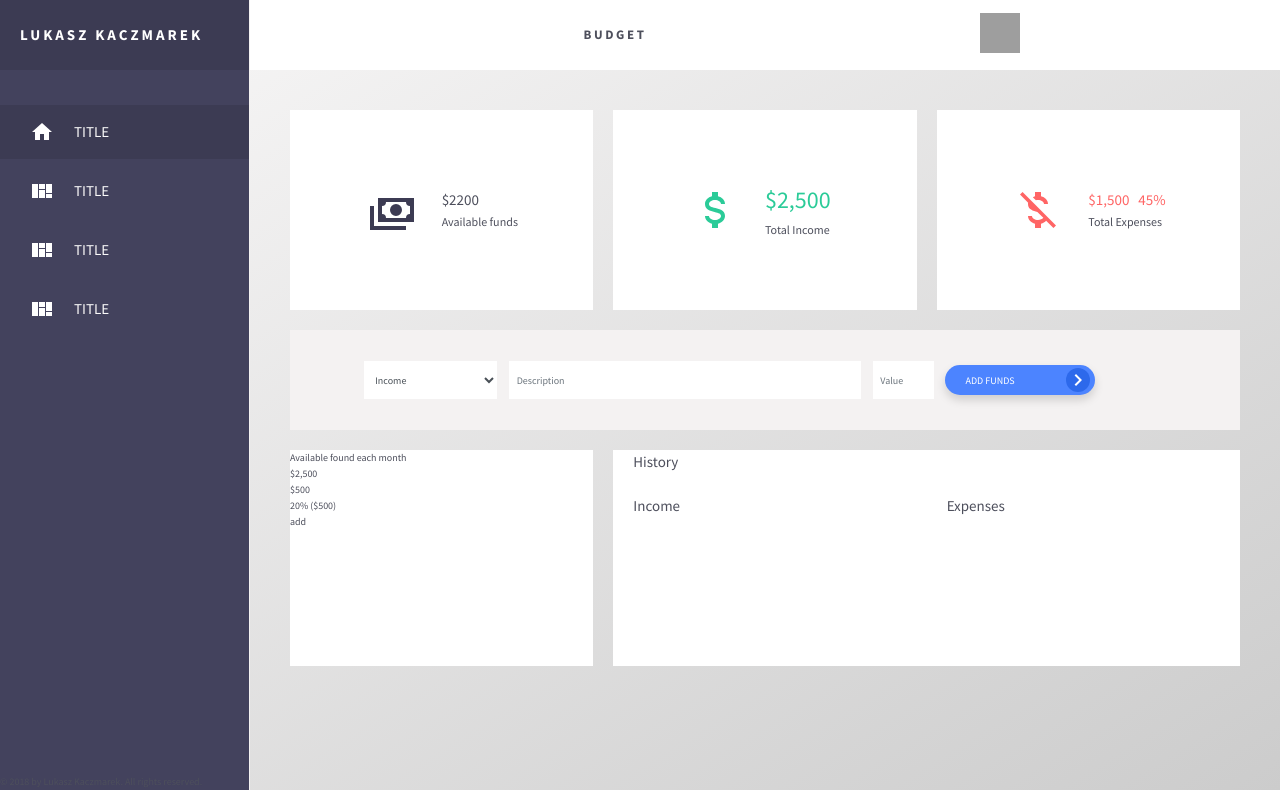
Repository: Archezi/BudgetApplication
Page: index.html
An editor plug-in stored every save of this project. The page is shown before and after the next save, followed by the edit.
The browser window is 1280 px wide. The pictures show the whole page.
Pictures or frames that could not be fetched are drawn as grey boxes. The style sheet was rebuilt from its Sass, Less or Tailwind sources for each picture, by a compiler version that may differ from the author's.

Above is the page before, as saved 2018-08-31 11:04:08.

### index.html
<!DOCTYPE html>
<html lang="en">
<head>
    <meta charset="UTF-8">
    <meta name="viewport" content="width=device-width, initial-scale=1.0">
    <meta http-equiv="X-UA-Compatible" content="ie=edge">
    <link href="https://fonts.googleapis.com/css?family=Source+Sans+Pro:300,400,700" rel="stylesheet">
    <!--Import Google Icon Font-->
    <link href="https://fonts.googleapis.com/icon?family=Material+Icons" rel="stylesheet">
    <!--Import materialize.css-->
    <link type="text/css" rel="stylesheet" href="css/bootstrap.min.css"  media="screen,projection"/>
    <!-- Website style.css-->
    <link rel="stylesheet" href="css/style.comp.css">

    <title>Budget Application</title>

</head>
<body>
   <div class="web__container">
        <header class="header">
            <div class="logo">
                <h1>Lukasz Kaczmarek</h1>
            </div>
            <div class="page_title">
                <h2>Budget</h2>
            </div>
            <div class="user-nav">
                <div class="user-nav__icon"></div>
                <div class="user-nav__profile">
                    <img src="https://source.unsplash.com/random/40x40" alt="">
                </div>
            </div>
        </header>

        <div class="content">
            <nav class="sidebar">
                <ul class="side-nav">
                    <li class="side-nav__item side-nav__item--active">
                        <a href="#" class="side-nav__link">
                                <svg class="side-nav__icon" style="width:24px;height:24px" viewBox="0 0 24 24">
                                    <path fill="#fff" d="M10,20V14H14V20H19V12H22L12,3L2,12H5V20H10Z" />
                                </svg>
                            <span>Title</span>
                        </a>
                    </li>
                    <li class="side-nav__item ">
                        <a href="#" class="side-nav__link">
                            <svg class="side-nav__icon" style="width:24px;height:24px" viewBox="0 0 24 24">
                                <path fill="#000000" d="M2,5V19H8V5H2M9,5V10H15V5H9M16,5V14H22V5H16M9,11V19H15V11H9M16,15V19H22V15H16Z" />
                            </svg>
                            <span>Title</span>
                        </a>
                    </li>
                    <li class="side-nav__item ">
                        <a href="#" class="side-nav__link">
                            <svg class="side-nav__icon" style="width:24px;height:24px" viewBox="0 0 24 24">
                                <path fill="#000000" d="M2,5V19H8V5H2M9,5V10H15V5H9M16,5V14H22V5H16M9,11V19H15V11H9M16,15V19H22V15H16Z" />
                            </svg>
                            <span>Title</span>
                        </a>
                    </li>
                    <li class="side-nav__item ">
                        <a href="#" class="side-nav__link">
                            <svg class="side-nav__icon" style="width:24px;height:24px" viewBox="0 0 24 24">
                                <path fill="#000000" d="M2,5V19H8V5H2M9,5V10H15V5H9M16,5V14H22V5H16M9,11V19H15V11H9M16,15V19H22V15H16Z" />
                            </svg>
                            <span>Title</span>
                        </a>
                    </li>
                </ul>

                <div class="legal">
                    &copy; 2018 by Lukasz Kaczmarek. All rights reserved.
                </div>
            </nav>

            <div class="main">

                <div class="overview">
                    <div class="total__available-funds">
                        <svg style="width:48px;height:48px" viewBox="0 0 24 24">
                            <path fill="#000000" d="M5,6H23V18H5V6M14,9A3,3 0 0,1 17,12A3,3 0 0,1 14,15A3,3 0 0,1 11,12A3,3 0 0,1 14,9M9,8A2,2 0 0,1 7,10V14A2,2 0 0,1 9,16H19A2,2 0 0,1 21,14V10A2,2 0 0,1 19,8H9M1,10H3V20H19V22H1V10Z" />
                        </svg>
                        <div class="total-funds">$2200</div>
                        <div class="total-funds-description">Available funds</div>
                    </div>
                    <div class="total__income">
                        <svg style="width:48px;height:48px" viewBox="0 0 24 24">
                            <path fill="#000000" d="M7,15H9C9,16.08 10.37,17 12,17C13.63,17 15,16.08 15,15C15,13.9 13.96,13.5 11.76,12.97C9.64,12.44 7,11.78 7,9C7,7.21 8.47,5.69 10.5,5.18V3H13.5V5.18C15.53,5.69 17,7.21 17,9H15C15,7.92 13.63,7 12,7C10.37,7 9,7.92 9,9C9,10.1 10.04,10.5 12.24,11.03C14.36,11.56 17,12.22 17,15C17,16.79 15.53,18.31 13.5,18.82V21H10.5V18.82C8.47,18.31 7,16.79 7,15Z" />
                        </svg>
                        <div class="total__income-funds">$2,500</div>
                        <div class="total__income-description">Total Income</div>

                    </div>
                    <div class="total__expenses">
                        <svg style="width:48px;height:48px" viewBox="0 0 24 24">
                            <path fill="#000000" d="M3,4.27L4.28,3L21,19.72L19.73,21L16.06,17.33C15.44,18 14.54,18.55 13.5,18.82V21H10.5V18.82C8.47,18.31 7,16.79 7,15H9C9,16.08 10.37,17 12,17C13.13,17 14.14,16.56 14.65,15.92L11.68,12.95C9.58,12.42 7,11.75 7,9C7,8.77 7,8.55 7.07,8.34L3,4.27M10.5,5.18V3H13.5V5.18C15.53,5.69 17,7.21 17,9H15C15,7.92 13.63,7 12,7C11.63,7 11.28,7.05 10.95,7.13L9.4,5.58L10.5,5.18Z" />
                        </svg>
                        <div class="total__expenses-value">
                            <div class="total__expenses-funds">$1,500 </div>
                            <div class="total__expenses-percentage">45%</div>
                        </div>
                        <div class="total__expenses-description">Total Expenses</div>



                    </div>
                </div>
                <div class="input__section-wrapper">
                    <div class="input__section">
                        <select  class="form-control input__type ">
                            <!-- <option value="" >Choose type</option> -->
                            <option class="input__option" value="inc">Income</option>
                            <option class="input__option" value="exp">Expense</option>
                        </select>
                        <input placeholder="Description" class="form-control input__description" type="text">
                        <input placeholder="Value" class="form-control input__value" type="text">
                        <button class="shadow btn input__btn add__btn">Add Funds
                                <svg style="width:24px;height:24px" viewBox="0 0 24 24">
                                    <path fill="#000000" d="M8.59,16.58L13.17,12L8.59,7.41L10,6L16,12L10,18L8.59,16.58Z" />
                                </svg>
                        </button>
                    </div>
                </div>




                <div class="budget">
                    <div class="available-funds-panel">
                        <div class="available-funds__title">Available found each month</div>
                        <div class="available-found__value">$2,500</div>
                        <div class="available-found__deposit">$500</div>
                        <div class="available-found__deposit--percentage">20% ($500)</div>
                        <div class="available-found__btn add__btn">
                            <i></i>add
                        </div>
                    </div>

                    <div class="history-panel">
                        <div class="history-panel--title">History</div>
                        <div class="history__income-container">
                            <div class="history__income-title">Income</div>

                            <!--

                            <div class="list-item" id="income-0">
                                <div class="item__description">Salary</div>
                                <div class="right">
                                    <div class="item__value">2,100</div>
                                    <div class="item__delete">
                                        <button type="button" class="item__delete--btn  ">
                                                <svg style="width:12px;height:12px" viewBox="0 0 24 24">
                                                    <path fill="#000000" d="M12,2C17.53,2 22,6.47 22,12C22,17.53 17.53,22 12,22C6.47,22 2,17.53 2,12C2,6.47 6.47,2 12,2M15.59,7L12,10.59L8.41,7L7,8.41L10.59,12L7,15.59L8.41,17L12,13.41L15.59,17L17,15.59L13.41,12L17,8.41L15.59,7Z" />
                                                </svg>
                                        </button>
                                    </div>
                                </div>
                            </div>

                            -->
                        </div>


                        <div class="history__expense-container">
                            <div class="history__expense-title">Expenses</div>

                            <!--

                            <div class="list-item" id="expense-0">
                                <div class="item__description">Salary</div>
                                <div class="right">
                                    <div class="item__value">2,100</div>
                                    <div class="item__delete">
                                        <button type="button" class="item__delete--btn  ">
                                                <svg style="width:12px;height:12px" viewBox="0 0 24 24">
                                                    <path fill="#000000" d="M12,2C17.53,2 22,6.47 22,12C22,17.53 17.53,22 12,22C6.47,22 2,17.53 2,12C2,6.47 6.47,2 12,2M15.59,7L12,10.59L8.41,7L7,8.41L10.59,12L7,15.59L8.41,17L12,13.41L15.59,17L17,15.59L13.41,12L17,8.41L15.59,7Z" />
                                                </svg>
                                        </button>
                                    </div>
                                </div>
                            </div>

                            -->

                        </div>

                    </div>

                </div>
                <!-- <div class="statistics">
                    <div class="net-profit-panel"></div>
                    <div class="tax-panel"></div>
                    <div class="savings-panel"></div>
                    <div class="projections"></div>

                </div>
                <div class="statistics">
                    <div class="net-profit-panel"></div>
                    <div class="tax-panel"></div>
                    <div class="savings-panel"></div>
                    <div class="projections"></div>

                </div> -->



            </div>


        </div>




   </div>

   <!-- Compiled and minified JavaScript -->
   <script src="js/jquery.min.js"></script>
   <script src="js/bootstrap.js"></script>
   <!-- <script src="https://cdnjs.cloudflare.com/ajax/libs/materialize/1.0.0-rc.2/js/materialize.min.js"></script> -->
   <script src="js/myscript.js"></script>
</body>
</html>

### sass/main.scss
@import "base/reset";
@import "base/base";
@import "base/typography";

@import "abstracts/variables";
@import "components/mainComponent";
@import "components/layout";

### sass/base/_base.scss
:root {
    --color-primary: #eb2f64;
    --color-primary-light: #FF3366;
    --color-primary-dark: #BA265D;

    --color-background-dark: #3C3B53;
    --color-background-light: #43425D;
    --color-grey-light-0: rgba(250, 249, 249, 0.5);
    --color-grey-light-1: #faf9f9;
    --color-grey-light-2: #f4f2f2;
    --color-grey-light-3: #f0eeee;
    --color-grey-light-4: #ccc;

    --color-grey-dark-1: #333;
    --color-grey-dark-2: #4D4F5C;
    --color-grey-dark-3: #999;
    --color-white: #fff;
    --shadow-dark: 0 2rem 6rem rgba(0,0,0,.3);
    --shadow-light: 0 2rem 5rem rgba(0,0,0,.06);


    --button-primary-blue: #4c84ff;
    --button-primary-blue-darker: #2d69eb;
    --button-secondary-green: #2bcb98;
    --button-secondary-red: #FF6565;

    --line: 1px solid var(--color-grey-light-2);
}

$bp-largest: 75em;     // 1200px
$bp-large: 68.75em;    // 1100px
$bp-medium: 56.25em;   // 900px
$bp-small: 37.5em;     // 600px
$bp-smallest: 31.25em; // 500px

* {
    margin: 0;
    padding: 0;
}

*,
*::before,
*::after {
    box-sizing: inherit;
}

html {
    box-sizing: border-box;
    font-size: 62.5%; // 1rem = 10px, 10px/16px = 62.5%

    @media only screen and (max-width: $bp-large) {
        font-size: 50%;
    }
}

body {


    color: var(--color-grey-dark-2);
    background-image: linear-gradient(to right bottom, var(--color-grey-light-1), var(--color-grey-light-4));
    background-size: cover;
    background-repeat: no-repeat;

    min-height: 100vh;
}

### sass/base/_typography.scss
body {

    font-weight: 400;
    line-height: 1.6;
    font-family: 'Source Sans Pro', sans-serif;
    text-rendering: optimizeLegibility;
    -webkit-font-smoothing: antialiased;

}

### sass/abstracts/_variables.scss
$header-height: 7rem;
$sidebar-width: 25rem;
$main: calc(4rem + $header-height );
$fraction: 1fr;

### sass/components/_layout.scss
.web__container {
    max-width: 100% !important;
    min-height: 100vh;
    margin: 0 auto;

}

.header {
    height: $header-height;
    background: var(--color-white);
    position: fixed;
    top: 0;
    width: 100%;
    display: flex;
    justify-content: space-between;
    align-items: center;
    z-index: 1000;
}
.content {

}

///////////////////////////////////////
// SIDEBAR

.sidebar {
    border-right: var(--line);
    background-color: var(--color-background-light);
    position: fixed;
    left: 0;
    top: 0;
    width: 25rem;
    margin-top: $header-height;
    // width: 25rem;
    display: flex;
    flex-direction: column;
    justify-content: space-between;
    min-height: calc(100vh );
    z-index: 999;
}

//////////////////////////////////////////
// MAIN
.main {
    margin-top: $header-height;
    padding: 4rem 4rem 7rem 29rem;
    width: 100%;
    min-height: calc(100vh - 7rem);
    display: grid;
    grid-gap: 2rem;
    grid-auto-rows: 20rem 10rem auto;



    ////////////////////////////////////////
    // OVERVIEW
    .overview {
        display: grid;
        grid-gap: 2rem;
        grid-template-columns: repeat(3, 1fr);

        & > * {
            background: var(--color-white);
        }

        .total {
            &__available-funds {
                display: grid;
                grid-template-columns: 10rem 10rem;
                grid-auto-rows: auto;
                align-items: center;
                justify-content: center;
                svg {
                    justify-self: center;
                    grid-row: span 2;
                    path {
                        fill: var(--color-background-dark);
                    }
                }
            }
            &-funds {
                font-size: 1.5rem;
                font-weight: 400;
                align-self: end;
            }
            &-funds-description {
                font-size: 1.2rem;
                font-weight: 400;
                align-self: start;
            }

            &__income {

                display: grid;
                grid-template-columns: 10rem 10rem;
                grid-auto-rows: auto;
                align-items: center;
                justify-content: center;

                svg {
                    justify-self: center;
                    grid-row: span 2;
                    path {
                        fill: var(--button-secondary-green);
                    }
                }
                &-funds {
                    font-size: 2.4rem;
                    font-weight: 400;
                    align-self: end;
                    color: var(--button-secondary-green);
                }
                &-description {
                    font-size: 1.2rem;
                    font-weight: 400;
                    align-self: start;
                }
            }
            &__expenses {
                display: grid;
                grid-template-columns: 10rem 10rem;
                grid-auto-rows: auto;
                align-items: center;
                justify-content: center;

                svg {
                    justify-self: center;
                    grid-row: span 2;
                    path {
                        fill: var(--button-secondary-red);
                    }


                }
                &-value {
                    display: grid;
                    grid-template-columns: repeat(2, 1fr);
                    align-self: end;
                    align-items: center;
                    color: var(--button-secondary-red);
                }
                &-percentage {
                    font-size: 1.5rem;
                    font-weight: 400;
                }
                &-funds {
                    font-size: 1.5rem;
                    font-weight: 400;
                    align-self: end;
                }
                &-description {
                    font-size: 1.2rem;
                    font-weight: 400;
                    align-self: start;
                }
            }
        }


    }

    ////////////////////////////////////////
    // INPUT BAR
    .input {
        &__section-wrapper {
            display: grid;

            background: var(--color-grey-light-2);
            align-content: center;
            justify-content: center;

        }
        &__section {
            display: grid;
            grid-gap: 1rem;
            grid-template-columns: repeat(12, 1fr);
            align-items: center;

            .form-control {
                height: 4rem;
                border-radius: 0;
                border-color: var(--color-grey-light-2);
            }
        }
        &__type {
            grid-column: 2 / span 2;
        }
        &__description {
            grid-column: 4 / span 5;
        }
        &__value {
            grid-column: 9 / span 1;
        }
        &__btn {
            grid-column: 10 / span 1;

        }

    }
    ////////////////////////////////////////
    // BUDGET
    .budget {
        display: grid;
        grid-gap: 2rem;
        grid-template-columns: repeat(3, 1fr);
        grid-template-rows: minmax(1fr, auto);
        & > * {
            background: var(--color-white);
        }



        }

    }
    ////////////////////////////////////////
    // BUDGET LEFT
    // Available Funds
    .available-funds-panel {
        grid-row: span 3;
    }
    ////////////////////////////////////////
    // BUDGET RIGHT
    // History panel
    .history-panel {

        grid-column: 2 / span 2;
        grid-row: 1/ span 3;
        display: grid;
        grid-template-columns: 1fr 1fr;
        grid-template-rows: 1fr 8fr;
        &--title {
            grid-column: span 2;
            align-self: center;
            padding:0 2rem;
        }
        .history__income-container,
        .history__expense-container {
            padding: 2rem;
        }
    }
    .history__expense-title,
    .history__income-title {
        margin: 0 0 1rem;

    }
    .list-item {

        .item__description {
            grid-column: span 3;
        }
        .right {
            justify-self: end;
            align-self: center;
            display: grid;
            grid-column: span 1;
            grid-auto-flow: column;
        }
    }







//////////////////////////////////////////////@at-root
// Footer
.footer {
    position: absolute;
    bottom: 0;
    background: var(--color-white);
    z-index: 1;
    height: $header-height;
    width: calc(100%);
    z-index: 100;
}

Loaded but not shown: css/bootstrap.min.css (library); js/jquery.min.js (library); js/bootstrap.js (library); sass/base/_reset.scss (common file); js/myscript.js (272 lines, source omitted); sass/components/_mainComponent.scss (262 lines, source omitted)

After the next save:
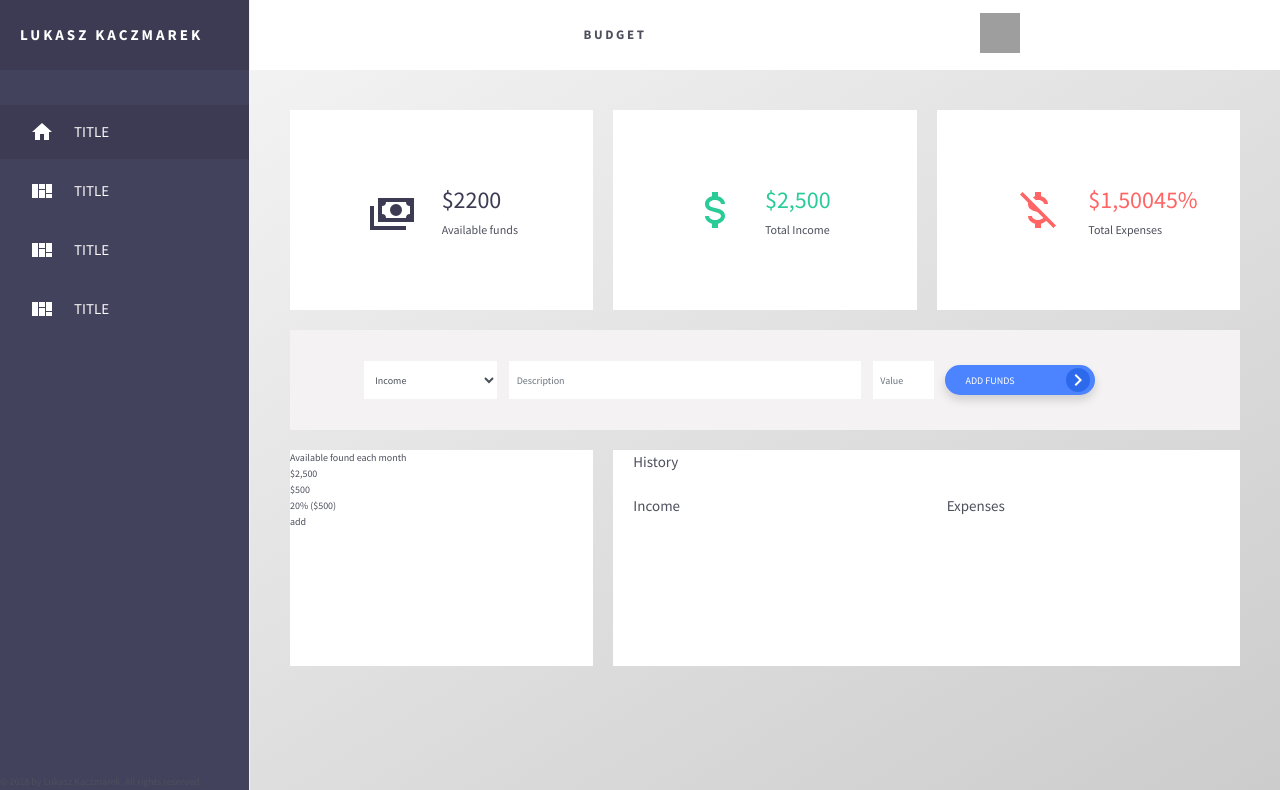
Saved 43 s later.
--- a/sass/components/_layout.scss
+++ b/sass/components/_layout.scss
@@ -79,9 +79,10 @@
                 }
             }
             &-funds {
-                font-size: 1.5rem;
+                font-size: 2.4rem;
                 font-weight: 400;
                 align-self: end;
+                color: var(--color-background-dark);
             }
             &-funds-description {
                 font-size: 1.2rem;
@@ -140,11 +141,11 @@
                     color: var(--button-secondary-red);
                 }
                 &-percentage {
-                    font-size: 1.5rem;
+                    font-size: 2.4rem;
                     font-weight: 400;
                 }
                 &-funds {
-                    font-size: 1.5rem;
+                    font-size: 2.4rem;
                     font-weight: 400;
                     align-self: end;
                 }
